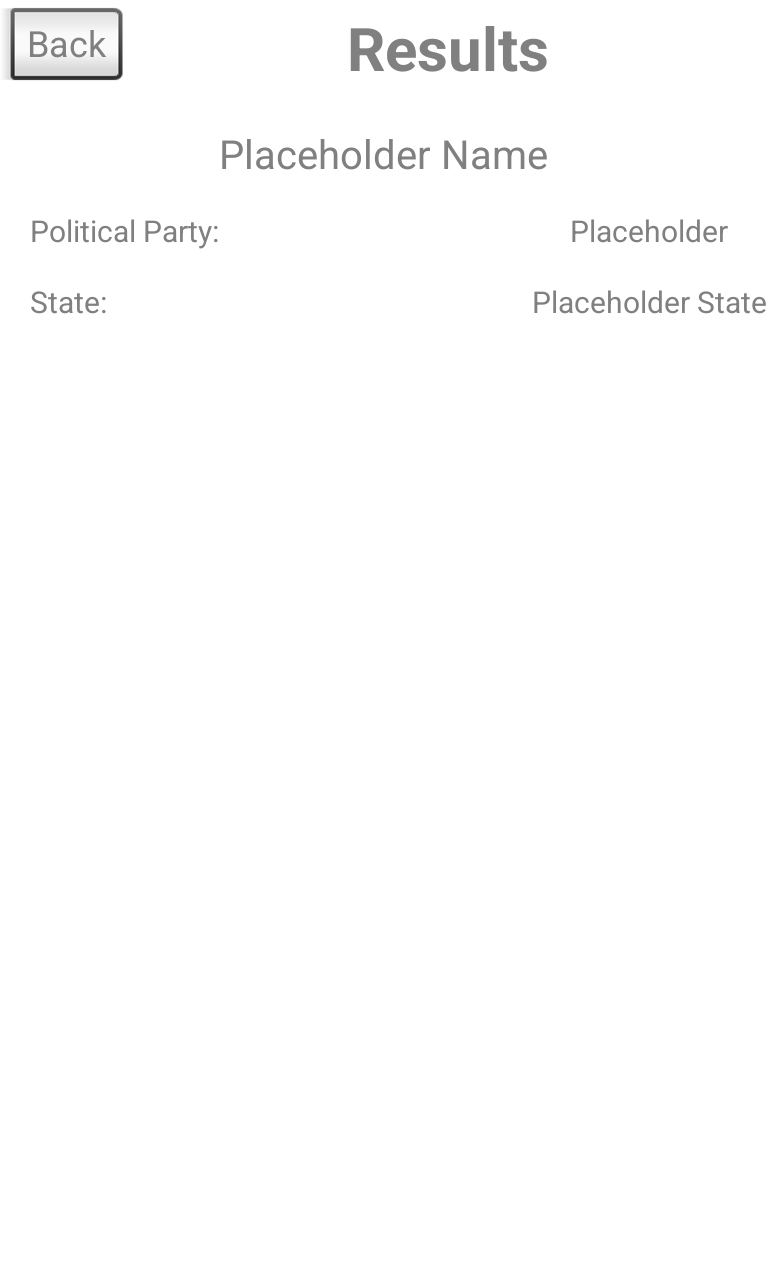
Repository: scottcaruso/Java_I_1307_Week4
Layout: myGov/res/layout/politician_display.xml
An editor plug-in stored every save of this project. The layout is shown before and after the next save, followed by the edit.
It is drawn on a 768 x 1280 px phone screen (xhdpi) without system bars, with theme AppTheme; the app's code is not run.

Above is the layout before, as saved 2013-08-01 21:14:01.

After the next save:
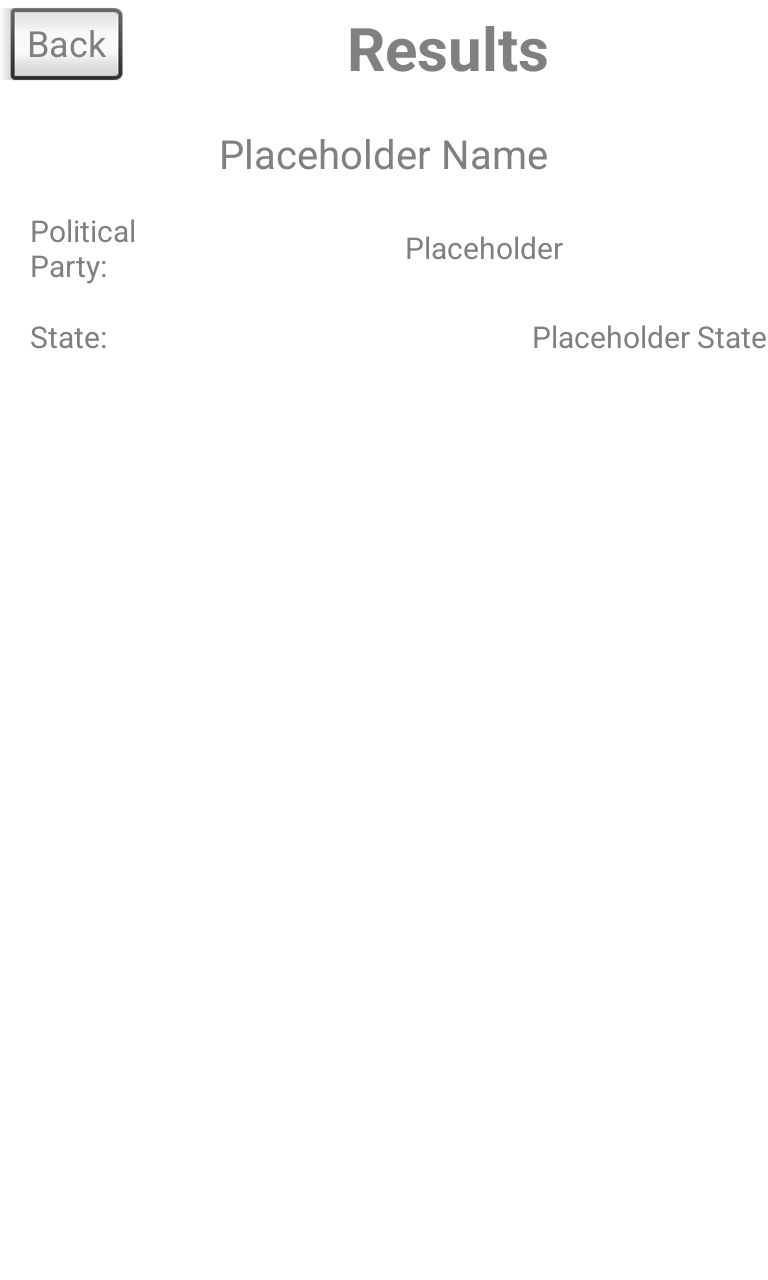
Saved 17 s later.
--- a/myGov/res/layout/politician_display.xml
+++ b/myGov/res/layout/politician_display.xml
@@ -47,7 +47,7 @@
 
          <TextView
              android:id="@+id/partylabel"
-             android:layout_width="250dp"
+             android:layout_width="85dp"
              android:layout_height="wrap_content"
              android:layout_marginLeft="15dp"
              android:hint="@string/political_party_"
